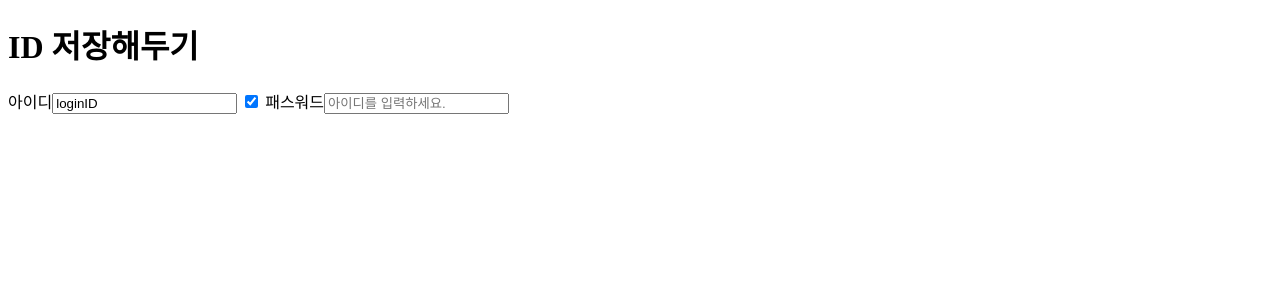
Repository: pro-hk/jsp
Page: http://localhost/chap05/id_save01.jsp
The author's editor kept a copy of each file at every save. The page is drawn from the files as they stood at one save, then again after the next save.
The browser window is 1280 px wide. The pictures show the whole page.
The page is served by Tomcat 9.

Above is the page before, as saved 2022-01-25 05:22:46.

### chap05/src/main/webapp/id_save01.jsp
<%@ page language="java" contentType="text/html; charset=UTF-8"
    pageEncoding="UTF-8"%>
<!DOCTYPE html>
<html>
<head>
<meta charset="UTF-8">
<title>Insert title here</title>
</head>
<body>
	<h1>ID 저장해두기</h1>
	<div>
	<label>
		<span>아이디</span><input type="text" name="user_id" value="loginID" placeholder="아이디를 입력하세요.">
		<input type="checkbox" name="id_check" value="yes" checked>
	</label>
	<label><span>패스워드</span><input type="password" name="user_pw" placeholder="아이디를 입력하세요.">
	</label>
	</div>
</body>
</html>

After the next save:
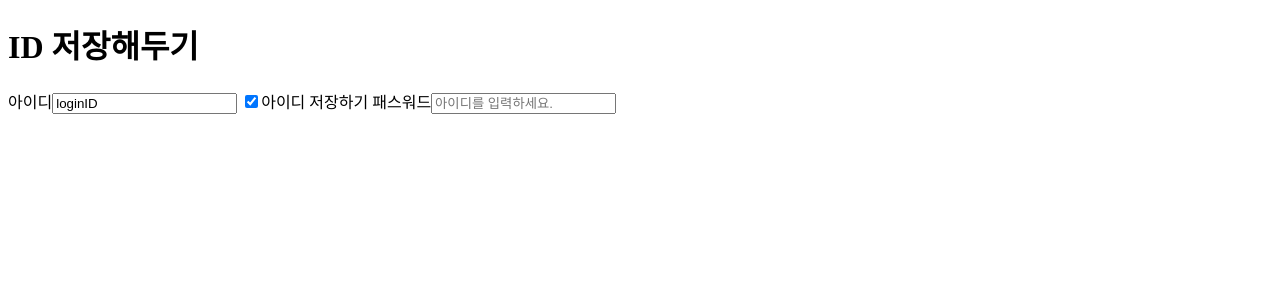
Saved 31 s later.
--- a/chap05/src/main/webapp/id_save01.jsp
+++ b/chap05/src/main/webapp/id_save01.jsp
@@ -11,7 +11,9 @@
 	<div>
 	<label>
 		<span>아이디</span><input type="text" name="user_id" value="loginID" placeholder="아이디를 입력하세요.">
-		<input type="checkbox" name="id_check" value="yes" checked>
+	</label>
+	<label>
+		<input type="checkbox" name="id_check" value="yes" checked>아이디 저장하기
 	</label>
 	<label><span>패스워드</span><input type="password" name="user_pw" placeholder="아이디를 입력하세요.">
 	</label>
